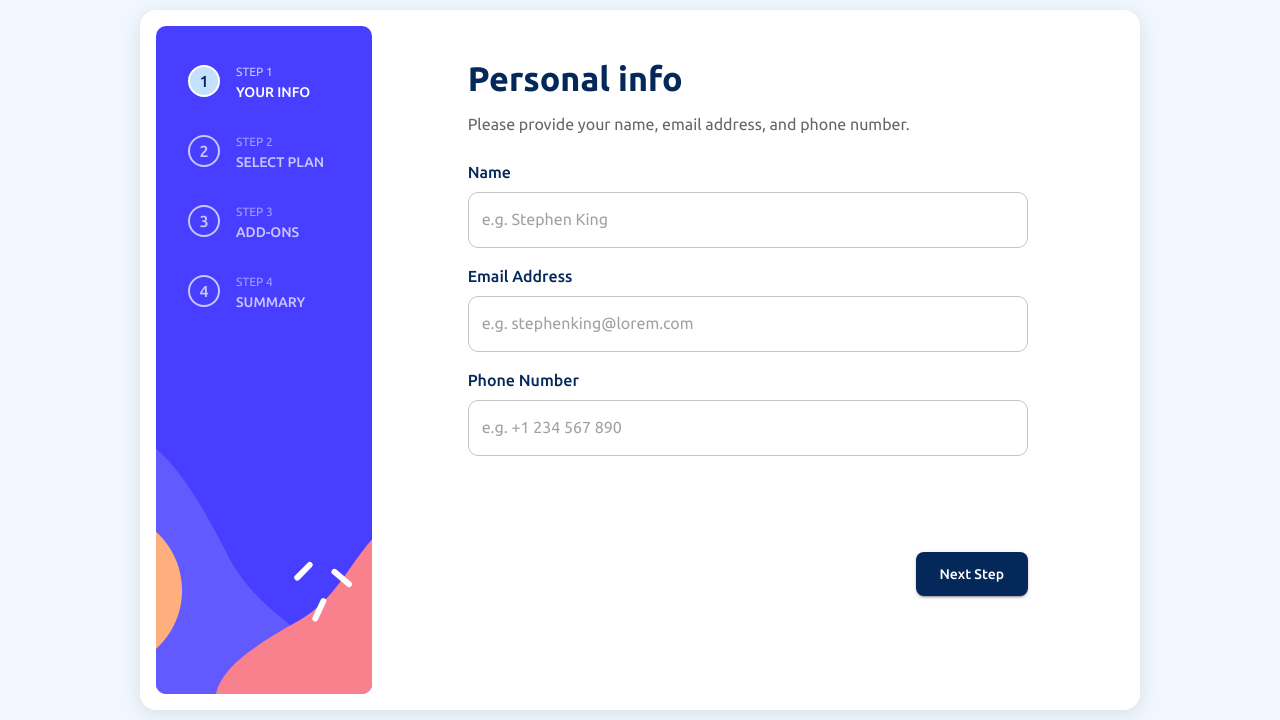
Repository: ozerrrs/chalange7days
Page: / (app in 7dayschalange/7dayschallange/)
These files come from the project's save history. The page is drawn as it stood at one moment and after the next save; the edit follows.
The browser window is 1280 px wide. The pictures show the whole page.
The project was rebuilt for these pictures with package versions that can differ from the ones it lists, and the page was loaded fresh each time. Also part of the build but not shown: 7dayschalange/7dayschallange/vite.config.js.

Above is the page before, as saved 2025-03-05 14:58:44.

### 7dayschalange/7dayschallange/src/main.jsx
import * as React from "react";
import * as ReactDOM from "react-dom/client";
import { ThemeProvider } from "@mui/material/styles";
import { CssBaseline } from "@mui/material";
import theme from "./theme/theme";
import App from "./App";
import "./index.css";
ReactDOM.createRoot(document.getElementById("root")).render(
  <React.StrictMode>
    <ThemeProvider theme={theme}>
      <CssBaseline />
      <App />
    </ThemeProvider>
  </React.StrictMode>
);

### 7dayschalange/7dayschallange/src/theme/theme.jsx
import { createTheme } from "@mui/material/styles";

const theme = createTheme({
  typography: {
    fontFamily: "'Ubuntu', sans-serif",
    h4: {
      fontWeight: 700,
    },
    h2: {
      fontWeight: 500,
    },
  },
  components: {
    MuiCssBaseline: {
      styleOverrides: `
        body {
          background-color: #f0f7ff;
        }
      `,
    },
  },
});

export default theme;

### 7dayschalange/7dayschallange/src/App.jsx
import { Routes, Route, BrowserRouter } from "react-router-dom";
import FirstPage from "./pages/firstPage";
import "@fontsource/ubuntu/400.css"; // Regular
import "@fontsource/ubuntu/500.css"; // Medium
import "@fontsource/ubuntu/700.css"; // Bold
function App() {
  return (
    <BrowserRouter>
      <Routes>
        <Route path="/" element={<FirstPage />} />
        {/* <Route path="/about" element={<About />} />
          <Route path="/login" element={<Login />} />
          <Route path="/register" element={<Register />} /> */}
      </Routes>
    </BrowserRouter>
  );
}
export default App;

### 7dayschalange/7dayschallange/src/index.css
#root {
  height: 100vh;
  width: 100vw;
  background-color: #f0f7ff;
}

### 7dayschalange/7dayschallange/src/pages/firstPage.jsx
import React, { useState } from "react";
import {
  Box,
  TextField,
  Typography,
  Button,
  Stepper,
  Step,
  StepLabel,
  Paper,
  Container,
  Grid,
  CssBaseline,
} from "@mui/material";
import { styled, ThemeProvider } from "@mui/material/styles";
// Import the background image for the sidebar
import backgroundNav from "../assets/bg-sidebar-desktop.svg"; // Adjust the path as needed

const FormContainer = styled(Paper)(({ theme }) => ({
  padding: theme.spacing(2),
  borderRadius: 16,
  boxShadow: "0px 4px 20px rgba(0, 0, 0, 0.1)",
  display: "flex",
  overflow: "hidden",
  minWidth: 1000,
  minHeight: 700,
  margin: "0 auto",
  position: "absolute",
  top: "50%",
  left: "50%",
  transform: "translate(-50%, -50%)",
}));

const SideBar = styled(Box)(({ theme }) => ({
  padding: theme.spacing(4),
  borderRadius: "10px 10px 10px 10px",
  color: "white",
  width: 274,
  position: "relative",
  overflow: "hidden",
  background: "none",
  minHeight: 568,
}));

const ContentArea = styled(Box)(({ theme }) => ({
  paddingLeft: theme.spacing(12),
  paddingRight: theme.spacing(12),
  paddingTop: theme.spacing(4),
  paddingBottom: theme.spacing(4),
  width: "100%",
}));

const NextButton = styled(Button)(({ theme }) => ({
  backgroundColor: "#04285a",
  color: "white",
  borderRadius: 8,
  padding: "10px 24px",
  textTransform: "none", // This prevents uppercase text

  "&:hover": {
    backgroundColor: "#172b4d",
  },
}));
const StyledTextField = styled(TextField)(({ theme }) => ({
  marginBottom: theme.spacing(2),
  "& .MuiOutlinedInput-root": {
    borderRadius: "10px",
    "& fieldset": {
      borderRadius: "10px",
    },
  },
}));

const StepNumber = styled(Box)(({ theme, active }) => ({
  width: 32,
  height: 32,
  borderRadius: "50%",
  border: "2px solid white",
  display: "flex",
  alignItems: "center",
  justifyContent: "center",
  marginRight: theme.spacing(2),
  backgroundColor: active ? "#c3e0ff" : "transparent", // Blue background when active
  color: active ? "#04285a" : "white",
  fontWeight: 500,
}));

const StepItem = styled(Box)(({ theme, active }) => ({
  display: "flex",
  alignItems: "center",
  marginBottom: theme.spacing(3),
  opacity: active ? 1 : 0.7,
}));

const steps = [
  { label: "YOUR INFO", description: "Personal details" },
  { label: "SELECT PLAN", description: "Choose your plan" },
  { label: "ADD-ONS", description: "Add extra features" },
  { label: "SUMMARY", description: "Review your order" },
];

function MultiStepForm() {
  const [activeStep, setActiveStep] = useState(0);
  const [formData, setFormData] = useState({
    name: "",
    email: "",
    phone: "",
  });

  const handleInputChange = (e) => {
    const { name, value } = e.target;
    setFormData({
      ...formData,
      [name]: value,
    });
  };

  const handleNext = () => {
    setActiveStep((prevActiveStep) => prevActiveStep + 1);
  };

  const handleBack = () => {
    setActiveStep((prevActiveStep) => prevActiveStep - 1);
  };

  const getStepContent = (step) => {
    switch (step) {
      case 0:
        return (
          <Box>
            <Typography
              variant="h4"
              gutterBottom
              fontWeight="bold"
              sx={{ color: "#04285a" }}
            >
              Personal info
            </Typography>
            <Typography color="textSecondary" paragraph>
              Please provide your name, email address, and phone number.
            </Typography>

            <Box mt={3}>
              <Typography fontWeight={500} mb={1} sx={{ color: "#04285a" }}>
                Name
              </Typography>
              <StyledTextField
                fullWidth
                placeholder="e.g. Stephen King"
                name="name"
                value={formData.name}
                onChange={handleInputChange}
                variant="outlined"
              />

              <Typography fontWeight={500} mb={1} sx={{ color: "#04285a" }}>
                Email Address
              </Typography>

              <StyledTextField
                fullWidth
                placeholder="e.g. stephenking@lorem.com"
                name="email"
                value={formData.email}
                onChange={handleInputChange}
                variant="outlined"
              />

              <Typography fontWeight={500} mb={1} sx={{ color: "#04285a" }}>
                Phone Number
              </Typography>

              <StyledTextField
                fullWidth
                placeholder="e.g. +1 234 567 890"
                name="phone"
                value={formData.phone}
                onChange={handleInputChange}
                variant="outlined"
                sx={{ mb: 8 }}
              />
            </Box>
          </Box>
        );
      case 1:
        return (
          <Box>
            <Typography
              variant="h4"
              gutterBottom
              fontWeight="bold"
              sx={{ color: "#04285a" }}
            >
              Select your plan
            </Typography>
            <Typography color="textSecondary" paragraph>
              You have the option of monthly or yearly billing.
            </Typography>

            {/* Plan selection content will go here */}
            <Box mt={3} sx={{ display: "flex", gap: 2 }}>
              {/* Example plan cards would go here */}
              <Paper
                sx={{
                  p: 2,
                  borderRadius: 2,
                  flex: 1,
                  border: "1px solid #ccc",
                }}
              >
                <Typography fontWeight="bold" sx={{ color: "#04285a" }}>
                  Arcade
                </Typography>
                <Typography color="textSecondary">$9/mo</Typography>
              </Paper>

              <Paper
                sx={{
                  p: 2,
                  borderRadius: 2,
                  flex: 1,
                  border: "1px solid #ccc",
                }}
              >
                <Typography fontWeight="bold" sx={{ color: "#04285a" }}>
                  Advanced
                </Typography>
                <Typography color="textSecondary">$12/mo</Typography>
              </Paper>

              <Paper
                sx={{
                  p: 2,
                  borderRadius: 2,
                  flex: 1,
                  border: "1px solid #ccc",
                }}
              >
                <Typography fontWeight="bold" sx={{ color: "#04285a" }}>
                  Pro
                </Typography>
                <Typography color="textSecondary">$15/mo</Typography>
              </Paper>
            </Box>
          </Box>
        );
      case 2:
        return (
          <Box>
            <Typography
              variant="h4"
              gutterBottom
              fontWeight="bold"
              sx={{ color: "#04285a" }}
            >
              Pick add-ons
            </Typography>
            <Typography color="textSecondary" paragraph>
              Add-ons help enhance your gaming experience.
            </Typography>
          </Box>
        );
      case 3:
        return (
          <Box>
            <Typography
              variant="h4"
              gutterBottom
              fontWeight="bold"
              sx={{ color: "#04285a" }}
            >
              Summary
            </Typography>
            <Typography color="textSecondary" paragraph>
              Please confirm your selections.
            </Typography>
          </Box>
        );
      default:
        return "Unknown step";
    }
  };

  return (
    <FormContainer>
      <SideBar>
        <Box
          sx={{
            position: "absolute",
            top: 0,
            left: 0,
            width: "100%",
            height: "100%",
            zIndex: 0,
          }}
        >
          <img
            src={backgroundNav}
            alt="background"
            style={{ width: "100%", height: "100%", objectFit: "cover" }}
          />
        </Box>
        <Box sx={{ position: "relative", zIndex: 1 }}>
          {steps.map((step, index) => (
            <StepItem key={index} active={activeStep === index}>
              <StepNumber active={activeStep === index}>{index + 1}</StepNumber>

              <Box>
                <Typography variant="caption" sx={{ opacity: 0.7 }}>
                  STEP {index + 1}
                </Typography>
                <Typography variant="subtitle2">{step.label}</Typography>
              </Box>
            </StepItem>
          ))}
        </Box>
      </SideBar>

      <ContentArea>
        {getStepContent(activeStep)}

        <Box sx={{ display: "flex", justifyContent: "flex-end", mt: 4 }}>
          {activeStep !== 0 && (
            <Button onClick={handleBack} sx={{ mr: 1 }}>
              Back
            </Button>
          )}
          <NextButton variant="contained" onClick={handleNext}>
            Next Step
          </NextButton>
        </Box>
      </ContentArea>
    </FormContainer>
  );
}

export default MultiStepForm;

Loaded but not shown: 7dayschalange/7dayschallange/index.html (common file)

After the next save:
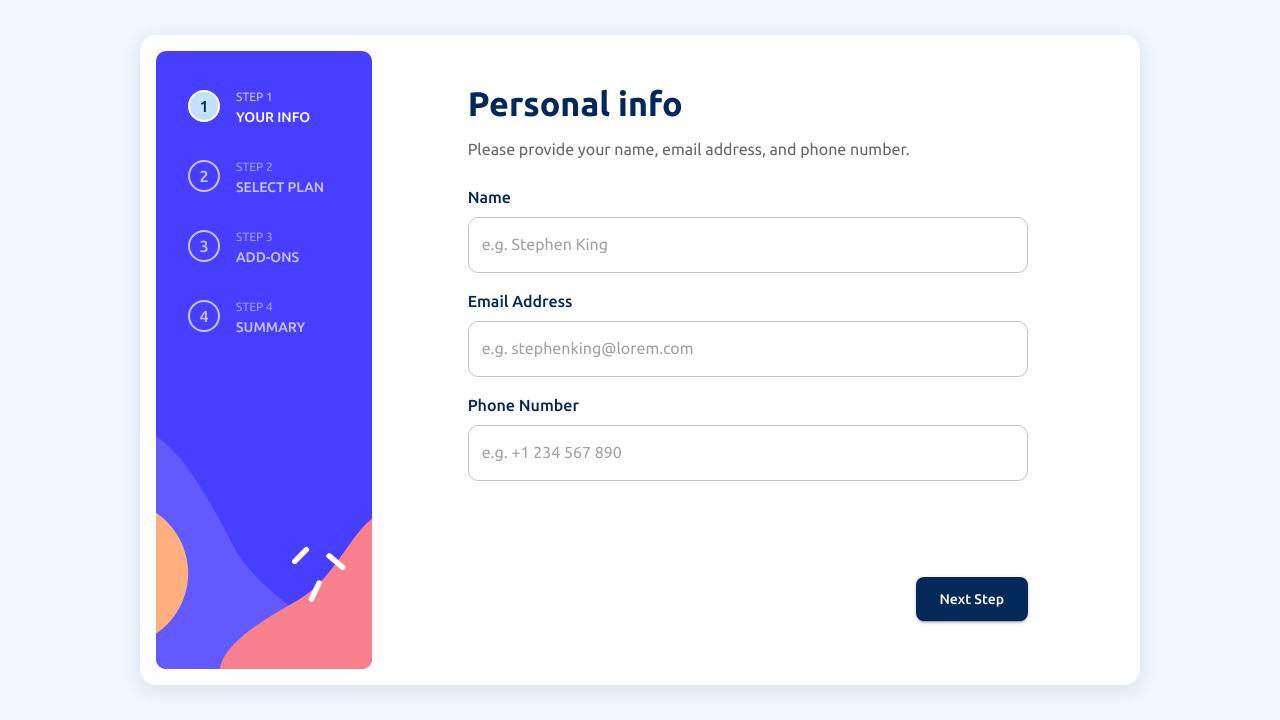
Saved 9 s later.
--- a/7dayschalange/7dayschallange/src/pages/firstPage.jsx
+++ b/7dayschalange/7dayschallange/src/pages/firstPage.jsx
@@ -23,7 +23,7 @@ const FormContainer = styled(Paper)(({ theme }) => ({
   display: "flex",
   overflow: "hidden",
   minWidth: 1000,
-  minHeight: 700,
+  minHeight: 650,
   margin: "0 auto",
   position: "absolute",
   top: "50%",
